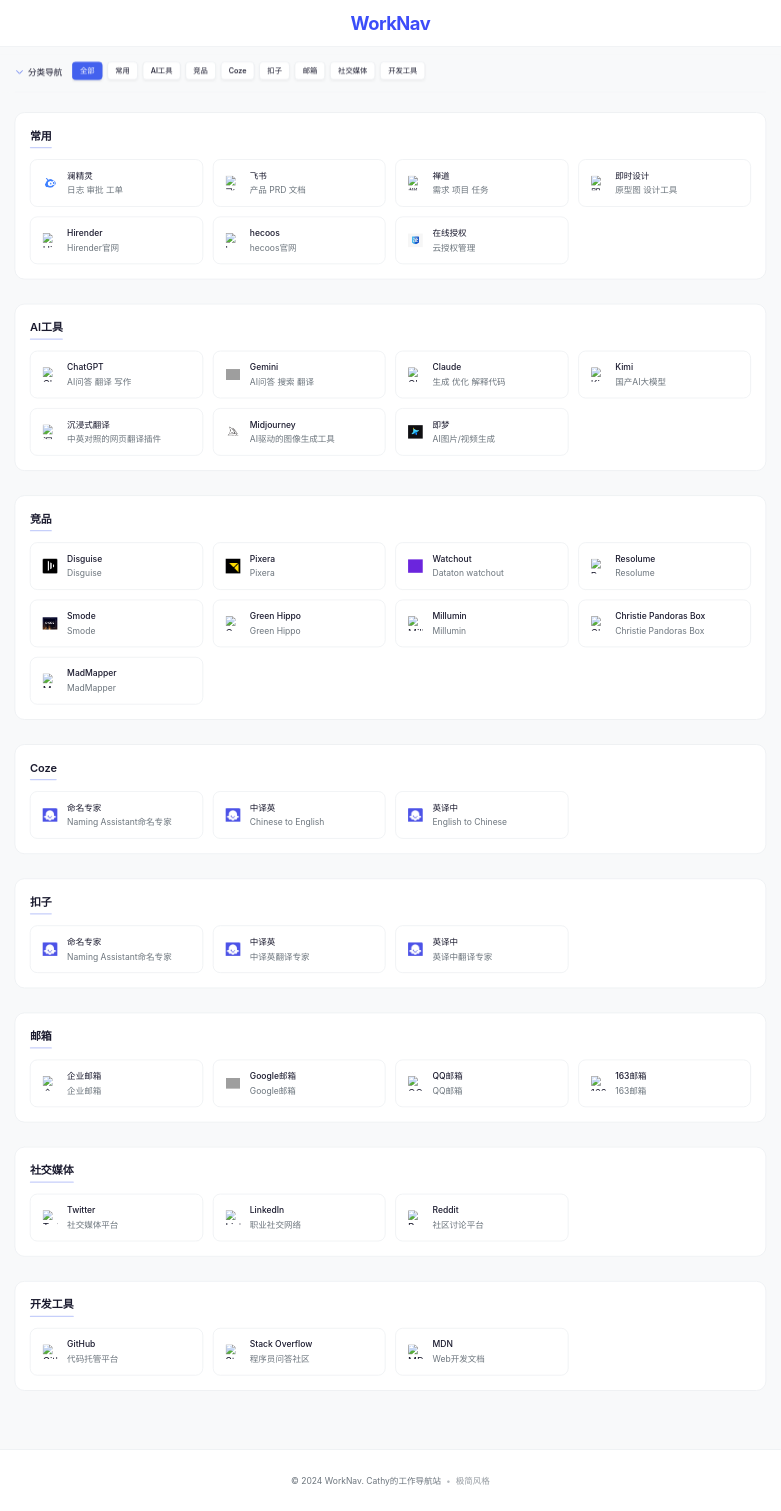
Repository: SweetPomelo0/WorkNav
Page: /
These files come from the project's save history. The page is drawn as it stood at one moment and after the next save; the edit follows.
The browser window is 1280 px wide. The pictures show the whole page, at 61% of full size.
Pictures or frames that could not be fetched are drawn as grey boxes. The project was rebuilt for these pictures with package versions that can differ from the ones it lists, and the page was loaded fresh each time. The framework's server and built-in components were replaced by stand-ins that run in the browser. Also part of the build but not shown: next.config.ts.

Above is the page before, as saved 2025-07-26 21:58:35.

After the next save:
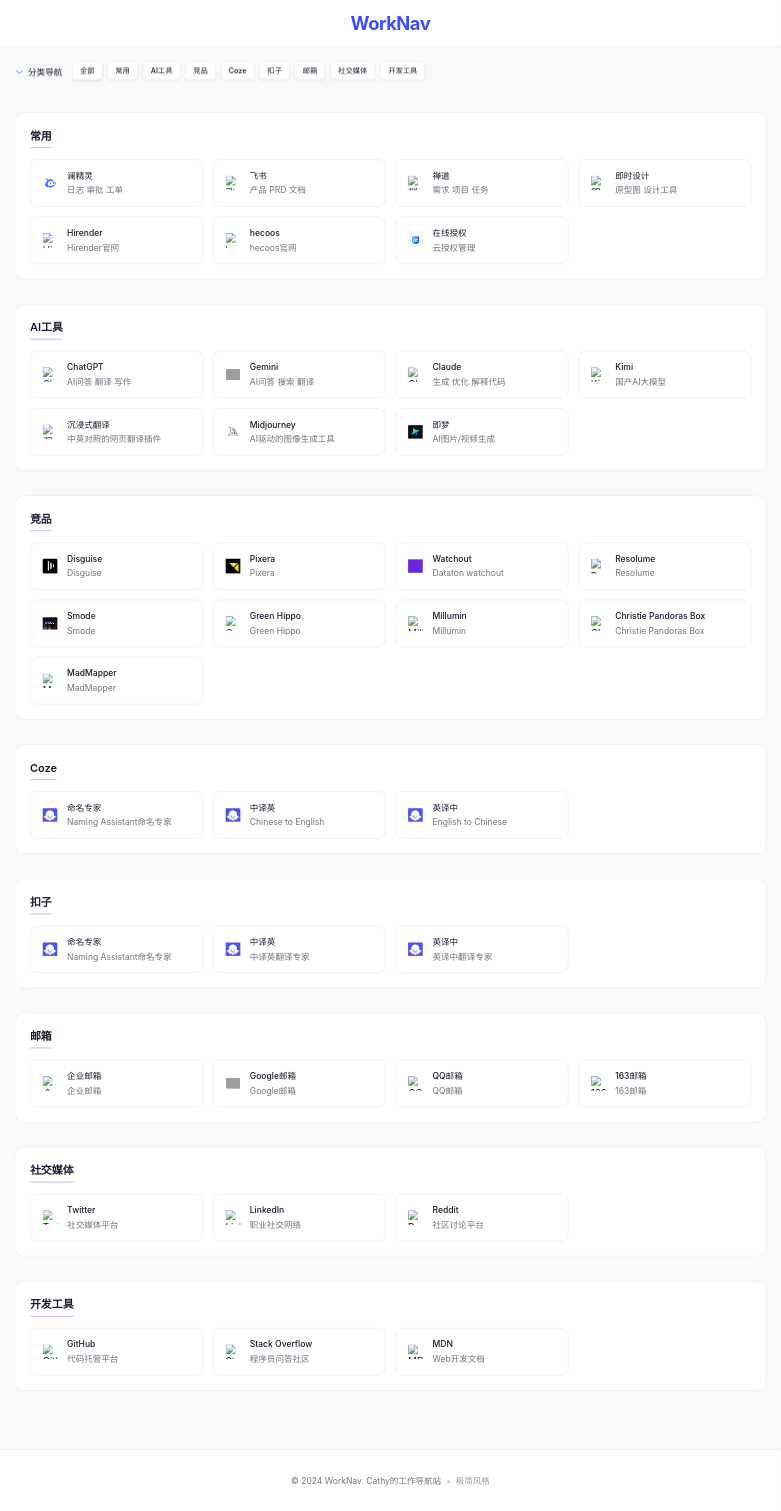
Saved 10 s later.
--- a/src/app/page.tsx
+++ b/src/app/page.tsx
@@ -122,13 +122,14 @@
                 onClick={(e) => {
                   e.preventDefault();
                   setSelectedCategory("全部");
+                  setIsInitialLoad(false);
                 }}
                 className="text-xs font-medium whitespace-nowrap px-3 py-1.5 rounded-md transition-all duration-300 hover:scale-105 hover:shadow-md hover:bg-opacity-90 flex-shrink-0"
                 style={{
-                  background: selectedCategory === "全部" ? 'var(--accent)' : 'var(--card-bg)',
-                  border: '1px solid ' + (selectedCategory === "全部" ? 'var(--accent)' : 'var(--card-border)'),
+                  background: (selectedCategory === "全部" && !isInitialLoad) ? 'var(--accent)' : 'var(--card-bg)',
+                  border: '1px solid ' + ((selectedCategory === "全部" && !isInitialLoad) ? 'var(--accent)' : 'var(--card-border)'),
                   boxShadow: '0 2px 4px rgba(0,0,0,0.1)',
-                  color: selectedCategory === "全部" ? 'white' : 'var(--text-primary)'
+                  color: (selectedCategory === "全部" && !isInitialLoad) ? 'white' : 'var(--text-primary)'
                 }}
               >
                 全部
